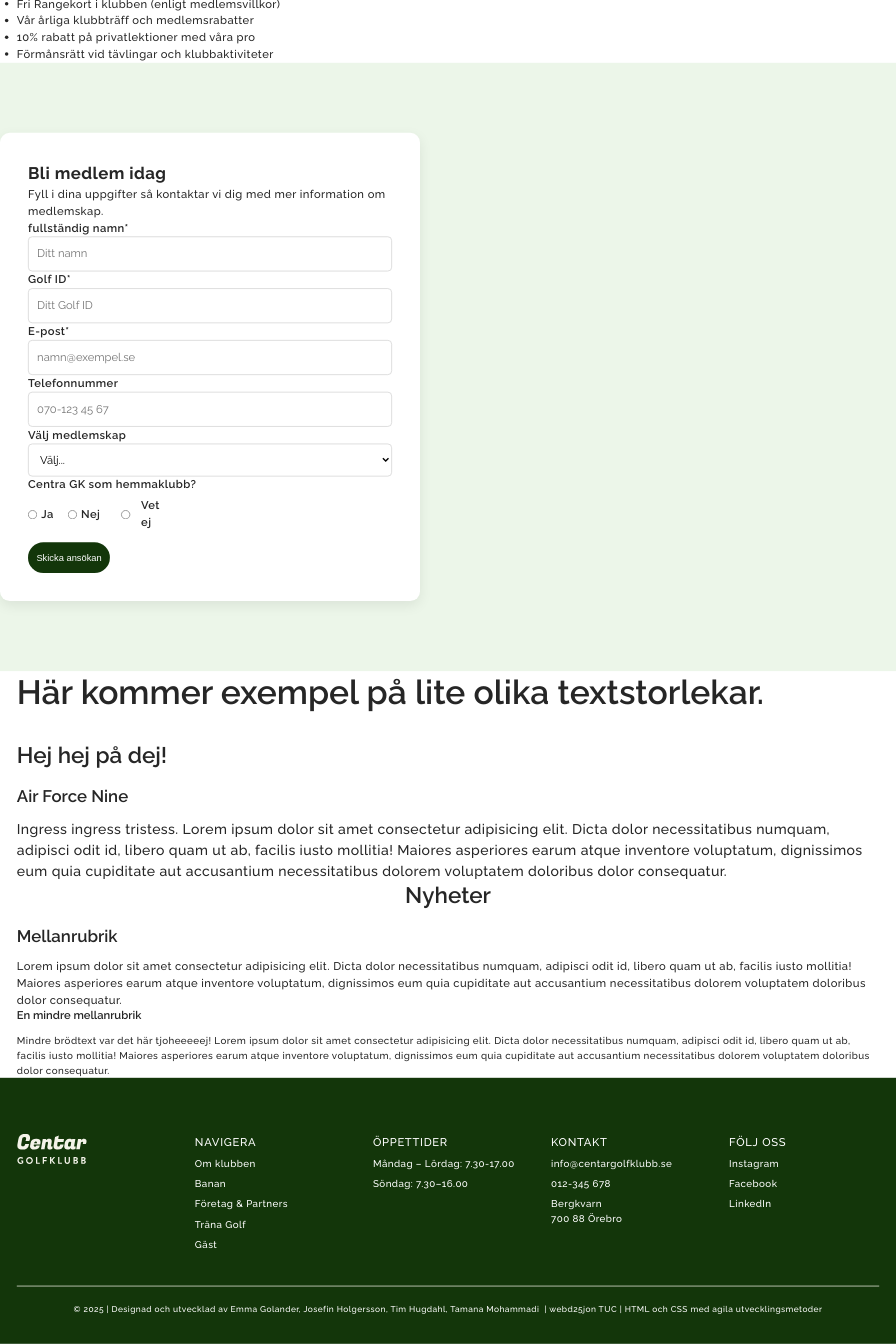
Repository: Tamana831/GolfklubbCentar
Page: Medlem.html
The author's editor kept a copy of each file at every save. The page is drawn from the files as they stood at one save, then again after the next save.
The browser window is 1280 px wide. The pictures show the part of the page from y = 1334 to 3254 px (the page is 3254 px tall before and 2673 px after), at 70% of full size.
A picture or video elsewhere on the page could not be fetched, so the positions and the page height are approximate.

Above is the page before, as saved 2025-10-23 23:31:04.

### Medlem.html
<!DOCTYPE html>
<html lang="sv">
  <head>
    <meta charset="UTF-8" />
    <meta name="viewport" content="width=device-width, initial-scale=1.0" />
    <title>Design element</title>
    <!-- variables.css och base.css måste ligga överst då vi vill att den ska läsas in först -->
    <link rel="stylesheet" href="styles/variables.css" />
    <link rel="stylesheet" href="styles/base.css" />
    <link rel="stylesheet" href="styles/medlem.css" />
  </head>
  <body>
    <!-- Sätter färg hela vägen ut -->
    <header class="bg-green-mid">
      <!-- Nedan div för att sätta maxbredd på sidan -->
      <nav class="container main-nav-wrapper">
        <a href="#"
          ><img
            src="images/centar_logotype_primary_dark.svg"
            alt="Centar logotype"
            class="logotype"
        /></a>
        <input type="checkbox" id="menu-toggle" />
        <label for="menu-toggle" class="menu-button-container">
          <span class="menu-button"></span>
          <!--inline-->
        </label>
        <div class="menu-wrapper">
            <ul>
            <li><a href="spelagolf.html">Spela Golf</a></li>
            <li><a href="medlem.html">Medlem</a></li>
            <li><a href="klubben.html">Klubben</a></li>
            <li><a href="tavling.html">Tävlingar</a></li>
            <li><a href="foretag.html">Företag</a></li>
            <li><a href="restaurang.html">Restaurang</a></li>
            <li><a href="golfshop.html">Golfshop</a></li>
            <li><a href="kontakt.html">Kontakt</a></li>
          </ul>
          <a href="#" class="button btn-primary-outline">Logga in</a>
        </div>
      </nav>
    </header>

  <!-- RUBRIK -->
    <section class="container">
      <div class="page-header">
        <h1 class="page-title">Medlemskap på Centar Golfklubb</h1>
      </div>
    </section>

    <!-- MEDLEMSKORT -->

    <section class="memberships">
    <p class="subtitle">Bli medlem — flera olika medlemskap och förmåner för 2025</p>
      <div class="container">
        <div class="cards-grid cards-grid-top">
          <article class="card">
            <h3>Guld</h3>
            <p class="card-text">Allt inklusive — obegränsad spelrätt, tillgång till träning och events.</p>
            <div class="price">7 900 kr</div>

          </article>

          <article class="card">
            <h3>Silver</h3>
            <p class="card-text">Flexibelt medlemskap med rabatter och viss spelrätt under lågsäsong.</p>
            <div class="price">7 500 kr</div>
          </article>

          <article class="card">
            <h3>Senior</h3>
            <p class="card-text">Särskilda villkor för seniorer — rabatter och sociala aktiviteter.</p>
            <div class="price">7 200 kr</div>
          </article>
        </div>

        <div class="cards-grid cards-grid-bottom">
          <article class="card small">
            <h4>Knatte</h4>
            <p class="card-text">För de yngsta — introduktion och lekfull träning.</p>
            <div class="price">790 kr</div>
          </article>

          <article class="card small">
            <h4>Junior</h4>
            <p class="card-text">Juniorträning, tävlingar och utvecklingsprogram.</p>
            <div class="price">750 kr</div>
          </article>

          <article class="card small">
            <h4>Student</h4>
            <p class="card-text">Studentrabatt och anpassade tider för träning.</p>
            <div class="price">750 kr</div>
          </article>

          <article class="card small">
            <h4>Senior</h4>
            <p class="card-text">Extra förmåner för äldre medlemmar.</p>
            <div class="price">2 200 kr</div>
          </article>
        </div>

        <div class="center-cta">
          <a class="btn-outline" href="#">Se medlemsvillkor och priser för alla medlemskap</a>
        </div>
      </div>
    </section>
    <!-- Image + benefits -->
    <section class="benefits">
      <div class="container benefits-inner">
        <div class="image-wrap">
          <!-- ersätt sökvägen med din bild -->
          <img src="assets/golf.jpg" alt="Golf green with ball">
        </div>

        <div class="benefits-text">
          <h2>Som medlem i Centar GK får du</h2>
          <ul>
            <li>Fri Rangekort i klubben (enligt medlemsvillkor)</li>
            <li>Vår årliga klubbträff och medlemsrabatter</li>
            <li>10% rabatt på privatlektioner med våra pro</li>
            <li>Förmånsrätt vid tävlingar och klubbaktiviteter</li>
          </ul>
        </div>
      </div>
    </section>
  </main>
   <!-- Medlemsansökan -->
<section class="membership-apply">
  <div class="apply-box">
    <h2>Bli medlem idag</h2>
    <p>Fyll i dina uppgifter så kontaktar vi dig med mer information om medlemskap.</p>



    <form class="apply-form">
      <label for="name">fullständig namn*</label>
      <input type="text" id="name" placeholder="Ditt namn" required>
      <label for="golf-id">Golf ID*</label>
      <input type="text" id="golf-id" placeholder="Ditt Golf ID" required>

      <label for="email">E-post*</label>
      <input type="email" id="email" placeholder="namn@exempel.se" required>

      <label for="phone">Telefonnummer</label>
      <input type="tel" id="phone" placeholder="070-123 45 67">
     <label for="membership">Välj medlemskap</label>
   <select id="membership" class="form-input">
     <option value="">Välj...</option>
    <option value="guld">Guld</option>
    <option value="silver">Silver</option>
    <option value="senior">Senior</option>
    <option value="junior">Junior</option>
    <option value="student">Student</option>
  </select>
      <label>Centra GK som hemmaklubb?</label>
   <div class="radio-group">
     <label><input type="radio" name="homeclub" value="ja"> Ja</label>
     <label><input type="radio" name="homeclub" value="nej"> Nej</label>
     <label><input type="radio" name="homeclub" value="vetinte"> Vet ej</label>
  </div>
  <button type="submit">Skicka ansökan</button>
  </form>
  </div>
</section>
 <div class="container">
          <h2 class="text-xl">Här kommer exempel på lite olika textstorlekar.</h2>
          <h3 class="text-lg">Hej hej på dej!</h3>
          <h4 class="text-md">Air Force Nine</h4>
          <p class="body-lg">
            Ingress ingress tristess. Lorem ipsum dolor sit amet consectetur
            adipisicing elit. Dicta dolor necessitatibus numquam, adipisci odit
            id, libero quam ut ab, facilis iusto mollitia! Maiores asperiores
            earum atque inventore voluptatum, dignissimos eum quia cupiditate
            aut accusantium necessitatibus dolorem voluptatem doloribus dolor
            consequatur.
          </p>
        </div>
      </section>
      <section class="container">
        <h3 class="text-lg text-center">Nyheter</h3>
        <div class="news-wrapper">
          <article class="news-card">
            <h4 class="text-md">Mellanrubrik</h4>
            <p>
              Lorem ipsum dolor sit amet consectetur adipisicing elit. Dicta
              dolor necessitatibus numquam, adipisci odit id, libero quam ut ab,
              facilis iusto mollitia! Maiores asperiores earum atque inventore
              voluptatum, dignissimos eum quia cupiditate aut accusantium
              necessitatibus dolorem voluptatem doloribus dolor consequatur.
            </p>
          </article>
          <article class="news-card">
            <h4 class="text-sm">En mindre mellanrubrik</h4>
            <p class="body-sm">
              Mindre brödtext var det här tjoheeeeej! Lorem ipsum dolor sit amet
              consectetur adipisicing elit. Dicta dolor necessitatibus numquam,
              adipisci odit id, libero quam ut ab, facilis iusto mollitia!
              Maiores asperiores earum atque inventore voluptatum, dignissimos
              eum quia cupiditate aut accusantium necessitatibus dolorem
              voluptatem doloribus dolor consequatur.
            </p>
          </article>
        </div>
      </section>
    </main>

<!-- FOOTER -->
    <footer class="bg-green-dark">
      <div class="container text-white footer-wrapper">
        <nav class="foot-nav-wrapper body-sm">
          <div class="foot-nav-item foot-logo-wrapper">
            <a href="#"
              ><img
                src="/images/centar_logo_wordmark_neg.svg"
                alt="Centar logotype negative"
                class="logo-wordmark"
            /></a>
          </div>
          <section class="foot-nav-item">
            <h5 class="overline">Navigera</h5>
            <ul>
              <li><a href="#">Om klubben</a></li>
              <li><a href="#">Banan</a></li>
              <li><a href="#">Företag & Partners</a></li>
              <li><a href="#">Träna Golf</a></li>
              <li><a href="#">Gäst</a></li>
            </ul>
          </section>
          <section class="foot-nav-item">
            <h5 class="overline">Öppettider</h5>
            <p>Måndag – Lördag: 7.30-17.00</p>
            <p>Söndag: 7.30–16.00</p>
          </section>
          <section class="foot-nav-item">
            <h5 class="overline">Kontakt</h5>
            <a href="mailto:centar@info.se">info@centargolfklubb.se</a>
            <a href="tel:+123456789">012-345 678</a>
            <address>Bergkvarn<br />700 88 Örebro</address>
          </section>
          <section class="foot-nav-item">
            <h5 class="overline">Följ oss</h5>
            <ul>
              <li><a href="#">Instagram</a></li>
              <li><a href="#">Facebook</a></li>
              <li><a href="#">LinkedIn</a></li>
            </ul>
          </section>
        </nav>
        <div class="byline-wrapper text-center">
          <p>
            &copy; 2025 | Designad och utvecklad av Emma Golander, Josefin
            Holgersson, Tim Hugdahl, Tamana Mohammadi  | webd25jon TUC | HTML
            och CSS med agila utvecklingsmetoder
          </p>
        </div>
      </div>
    </footer>
  </body>
</html>

### styles/variables.css
/* Variabler. I och med att vi lägger det i root så går de att nå i alla css-filer.*/
:root {
  /* FÄRGER */
  --color-green-dark: #13360a;
  --color-green-mid: #b3d6aa;
  --color-green-light: #ecf6e9;
  --color-green-accent: #14bf71;

  --color-blue-mid: #c8e0e8;
  --color-blue-light: #e4f0f4;
  --color-beige-light: #f4f3e9;

  --color-text-black: #262626;
  --color-text-grey: #3d3d3d;
  --color-text-white: #ffffff;

  /* SPACING */
  --space-xxs: 0.5rem; /* 8px, minsta avstånd, typ ikoner, små knappar*/
  --space-xs: 1rem; /* 16px, litet avstånd, tex mellan text och knapp  */
  --space-sm: 1.5rem; /* 24px, lite större, ofta mellan rubrik och text */
  --space-md: 2.5rem; /* 40px, ännu lite större, ofta mellan större rubrik och text */
  --space-lg: 3.5rem; /* 56px */
  --space-xl: 5rem; /* 80px, större block, typ mellan sektioner*/
  --space-xxl: 7.5rem; /* 120px, stort avstånd mellan sektioner */
}

### styles/Medlem.css
/* ---- Sektion Bakgrund + Centrering ---- */
.memberships {
  background: var(--color-blue-light);
  padding: 4rem 0;
}

.page-header,
.subtitle {
  text-align: center;
  text-wrap: none;
  margin-bottom: 3rem;
}

.subtitle {
  font-size: 1.1rem;
  color: var(--color-green-dark);
}

/* ---- GRID ---- */
.cards-grid {
  display: grid;
  gap: 2rem;
  margin-bottom: 3rem;
}

.cards-grid-top {
  grid-template-columns: repeat(3, 1fr);
}

.cards-grid-bottom {
  grid-template-columns: repeat(4, 1fr);
}

@media (max-width: 900px) {
  .cards-grid-top { grid-template-columns: 1fr; }
  .cards-grid-bottom { grid-template-columns: 1fr; }
}

/* ---- CARD DESIGN ---- */
.card {
  background: #fff;
  padding: 2rem;
  border-radius: 14px;
  box-shadow: 0 6px 18px rgba(0,0,0,0.06);
  text-align: center;
}

.card h3,
.card h4 {
  margin-bottom: .5rem;
}

.card-text {
  font-size: .95rem;
  margin-bottom: 1.5rem;
  color: #444;
}

.price {
  font-weight: 700;
  font-size: 1.4rem;
  color: var(--color-green-dark);
}

/* ---- CTA KNAPP ---- */
.center-cta {
  text-align: center;
}

.center-cta .btn-outline {
  display: inline-block;
  padding: .8rem 2rem;
  border: 2px solid var(--color-green-dark);
  border-radius: 999px;
  text-decoration: none;
  font-weight: 600;
  color: var(--color-green-dark);
}
.center-cta .btn-outline:hover {
  background: var(--color-green-dark);
  color: white;
}
.membership-apply {
  background:  #ECF6E9;
  padding: 100px 0;
}

.apply-box {
  max-width: 600px;
  margin: 70 auto;
  background: #fff;
  padding: 40px;
  border-radius: 14px;
  box-shadow: 0 6px 18px rgba(0,0,0,0.08);
}

.apply-form label {
  font-weight: 600;
}
.form-group {
  display: flex;
  flex-direction: column;
  margin-bottom: 18px;
}

.form-input {
  padding: 12px 14px;
  border-radius: 8px;
  border: 1px solid #ccc;
  background: #fff;
  font-size: 16px;
}

.apply-form input,
.apply-form select {
  width: 100%;
  padding: 12px;
  border: 1px solid #d0d0d0;
  border-radius: 6px;
  font-size: 1rem;
  background-color: #fff;
  font-family: inherit;
}

.apply-form select {
  cursor: pointer;
}


.radio-group {
  display: flex;
  gap: 20px;
  padding: 6px 0;
}

.radio-group label {
  display: flex;
  align-items: center;
  gap: 6px;
}

.apply-form button {
  margin-top: 10px;
  background: var(--color-green-dark);
  color: white;
  padding: 12px;
  border: none;
  border-radius: 999px;
  cursor: pointer;
}
.apply-form button:hover {
  background: var(--color-green-accent);
}

Loaded but not shown: styles/base.css (424 lines, source omitted)

After the next save:
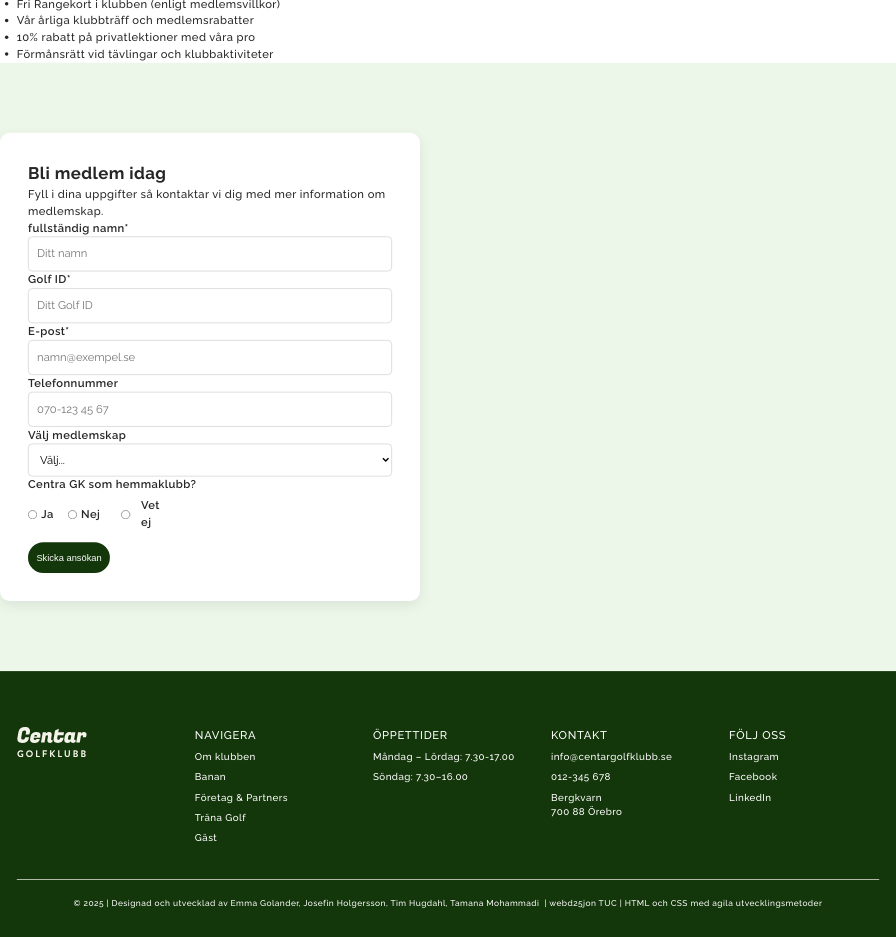
Saved 39 s later.
--- a/Medlem.html
+++ b/Medlem.html
@@ -163,47 +163,8 @@
   </form>
   </div>
 </section>
- <div class="container">
-          <h2 class="text-xl">Här kommer exempel på lite olika textstorlekar.</h2>
-          <h3 class="text-lg">Hej hej på dej!</h3>
-          <h4 class="text-md">Air Force Nine</h4>
-          <p class="body-lg">
-            Ingress ingress tristess. Lorem ipsum dolor sit amet consectetur
-            adipisicing elit. Dicta dolor necessitatibus numquam, adipisci odit
-            id, libero quam ut ab, facilis iusto mollitia! Maiores asperiores
-            earum atque inventore voluptatum, dignissimos eum quia cupiditate
-            aut accusantium necessitatibus dolorem voluptatem doloribus dolor
-            consequatur.
-          </p>
-        </div>
-      </section>
-      <section class="container">
-        <h3 class="text-lg text-center">Nyheter</h3>
-        <div class="news-wrapper">
-          <article class="news-card">
-            <h4 class="text-md">Mellanrubrik</h4>
-            <p>
-              Lorem ipsum dolor sit amet consectetur adipisicing elit. Dicta
-              dolor necessitatibus numquam, adipisci odit id, libero quam ut ab,
-              facilis iusto mollitia! Maiores asperiores earum atque inventore
-              voluptatum, dignissimos eum quia cupiditate aut accusantium
-              necessitatibus dolorem voluptatem doloribus dolor consequatur.
-            </p>
-          </article>
-          <article class="news-card">
-            <h4 class="text-sm">En mindre mellanrubrik</h4>
-            <p class="body-sm">
-              Mindre brödtext var det här tjoheeeeej! Lorem ipsum dolor sit amet
-              consectetur adipisicing elit. Dicta dolor necessitatibus numquam,
-              adipisci odit id, libero quam ut ab, facilis iusto mollitia!
-              Maiores asperiores earum atque inventore voluptatum, dignissimos
-              eum quia cupiditate aut accusantium necessitatibus dolorem
-              voluptatem doloribus dolor consequatur.
-            </p>
-          </article>
-        </div>
-      </section>
-    </main>
+
+
 
 <!-- FOOTER -->
     <footer class="bg-green-dark">
